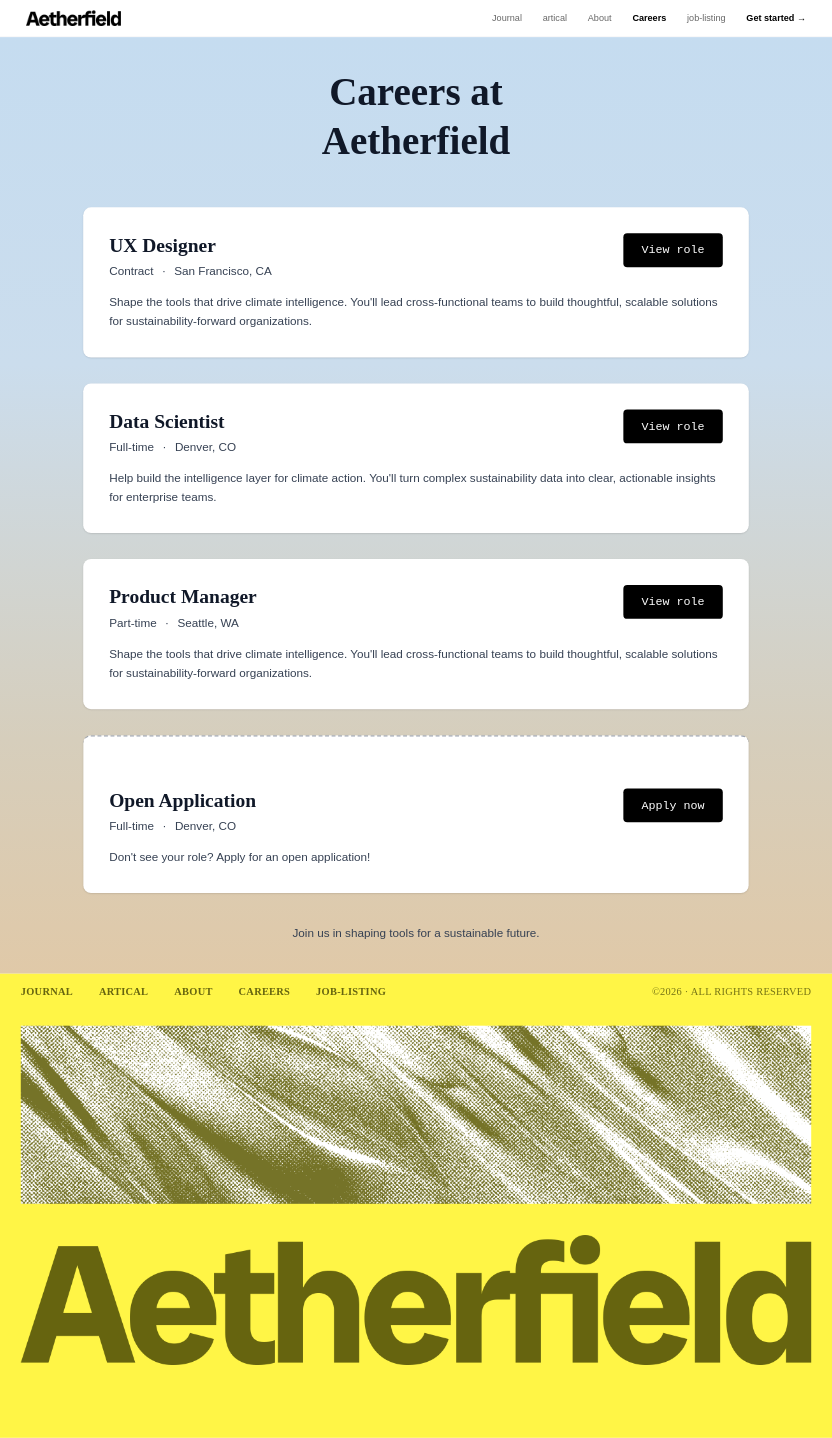
Repository: neelpatel6262/Aetherfield-SaaS
Page: /careers
These files come from the project's save history. The page is drawn as it stood at one moment and after the next save; the edit follows.
The browser window is 1280 px wide. The pictures show the whole page, at 65% of full size.
Some web fonts or font styles are not loaded; a fallback is used. The project was rebuilt for these pictures with package versions that can differ from the ones it lists, and the page was loaded fresh each time. Also part of the build but not shown: vite.config.js, src/components/sections/Features.jsx, src/components/sections/CaseStudy.jsx, src/data/article.js, src/components/sections/JournalPreview.jsx, src/components/sections/Testimonial.jsx, src/components/sections/CTABanner.jsx, src/components/sections/Hero.jsx and 5 more.

Above is the page before, as saved 2026-03-01 15:09:02.

After the next save:
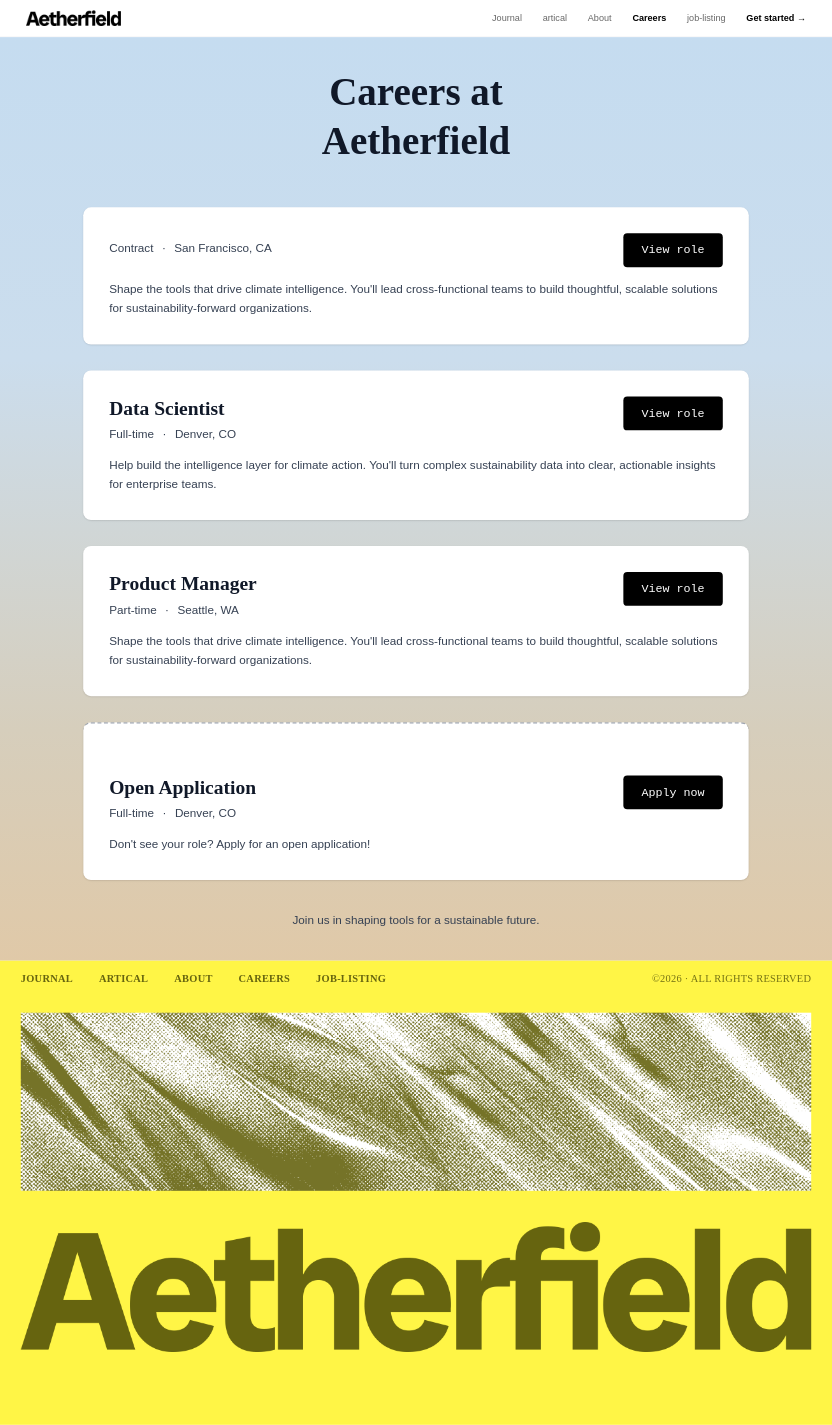
Saved 4 min 54 s later.
--- a/src/data/jobs.js
+++ b/src/data/jobs.js
@@ -1,7 +1,6 @@
 export const jobs = [
   {
-    id: 'ux-designer',           // ✅ URL becomes /careers/ux-designer
-    title: 'UX Designer',
+    id: 'ux-designer',
     type: 'Contract',
     location: 'San Francisco, CA',
     team: 'Design',
@@ -9,7 +8,7 @@
     buttonText: 'View role',
   },
   {
-    id: 'data-scientist',        // ✅ URL becomes /careers/data-scientist
+    id: 'data-scientist',
     title: 'Data Scientist',
     type: 'Full-time',
     location: 'Denver, CO',
@@ -18,7 +17,7 @@
     buttonText: 'View role',
   },
   {
-    id: 'product-manager',       // ✅ URL becomes /careers/product-manager
+    id: 'product-manager',
     title: 'Product Manager',
     type: 'Part-time',
     location: 'Seattle, WA',
@@ -27,7 +26,7 @@
     buttonText: 'View role',
   },
   {
-    id: 'open-application',      // ✅ URL becomes /careers/open-application
+    id: 'open-application',
     title: 'Open Application',
     type: 'Full-time',
     location: 'Denver, CO',
